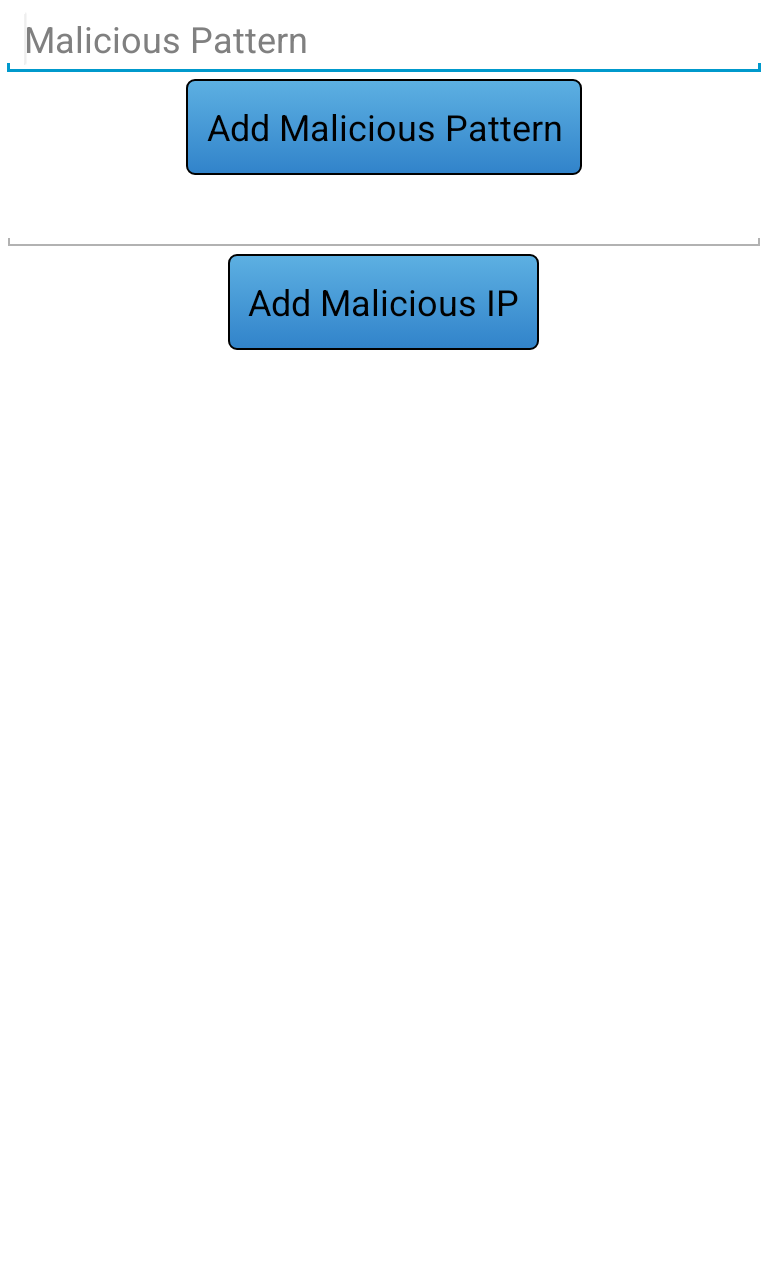
Repository: ArisKots1992/Software-Development
Layout: Anaptiksi Logismikou/Anaptiksi Logismikou/AdminClientApplication/res/layout/forth_tab.xml
The author's editor kept a copy of each file at every save. The layout is drawn from the files as they stood at one save, then again after the next save.
It is drawn on a 768 x 1280 px phone screen (xhdpi) without system bars, with theme AppTheme; the app's code is not run.

Above is the layout before, as saved 2015-01-20 00:04:55.

### Anaptiksi Logismikou/Anaptiksi Logismikou/AdminClientApplication/res/layout/forth_tab.xml
<?xml version="1.0" encoding="utf-8"?>
<LinearLayout xmlns:android="http://schemas.android.com/apk/res/android"
    android:layout_width="match_parent"
    android:layout_height="match_parent"
    android:orientation="vertical"
    android:gravity = "center_horizontal">

    <EditText
        android:id="@+id/editText1"
        android:layout_width="match_parent"
        android:layout_height="wrap_content"
        android:hint="Malicious Pattern"
        android:ems="10" >

        <requestFocus />
    </EditText>

    <Button
        android:id="@+id/button1"
        android:layout_width="wrap_content"
        android:layout_height="wrap_content"
        android:text="Add Malicious Pattern"
         android:background="@drawable/custom_button" />

    <EditText
        android:id="@+id/editText2"
        android:layout_width="match_parent"
        android:layout_height="wrap_content"
        android:ems="10" />

    <Button
        android:id="@+id/button2"
        android:layout_width="wrap_content"
        android:layout_height="wrap_content"
        android:text="Add Malicious IP"
         android:background="@drawable/custom_button" />

</LinearLayout>

### Anaptiksi Logismikou/Anaptiksi Logismikou/AdminClientApplication/res/values/styles.xml
<resources>

    <!--
        Base application theme, dependent on API level. This theme is replaced
        by AppBaseTheme from res/values-vXX/styles.xml on newer devices.
    -->
    <style name="AppBaseTheme" parent="android:Theme.Light">
        <!--
            Theme customizations available in newer API levels can go in
            res/values-vXX/styles.xml, while customizations related to
            backward-compatibility can go here.
        -->
    </style>

    <!-- Application theme. -->
    <style name="AppTheme" parent="AppBaseTheme">
        <!-- All customizations that are NOT specific to a particular API-level can go here. -->
    </style>

    <style name="CustomStyleButton" parent="@android:style/Widget.Button">
		<item name="android:textSize">16sp</item>
 		<item name="android:textStyle">bold</item>
 		<item name="android:textColor">#dedfdc</item>
 		<item name="android:gravity">center</item>
 		<item name="android:shadowColor">#000000</item>
 		<item name="android:shadowDx">1</item>
 		<item name="android:shadowDy">1</item>
 		<item name="android:shadowRadius">0.6</item>
 		<item  name="android:background">@drawable/custom_button</item>
 		<item name="android:padding">10dip</item>
	</style>
</resources>

### Anaptiksi Logismikou/Anaptiksi Logismikou/AdminClientApplication/res/drawable/custom_button.xml
<?xml version="1.0" encoding="utf-8"?>
<selector xmlns:android="http://schemas.android.com/apk/res/android">
 <item android:state_pressed="true" >
  <shape>
  <solid
   android:color="#2678BF" />
  <stroke
   android:width="1dp"
   android:color="#000000" />
  <corners
   android:radius="4dp" />
  <padding
   android:left="10dp"
   android:top="10dp"
   android:right="10dp"
   android:bottom="10dp" />
  </shape>
 </item>
  <item>
  <shape>
  <gradient
   android:startColor="#5DB0E2"
   android:endColor="#3183CA"
   android:angle="270" />
  <stroke
   android:width="1dp"
   android:color="#000000" />
  <corners
   android:radius="4dp" />
  <padding
   android:left="10dp"
   android:top="10dp"
   android:right="10dp"
   android:bottom="10dp" />
 </shape>
 </item>
</selector>

Loaded but not shown: Anaptiksi Logismikou/Anaptiksi Logismikou/AdminClientApplication/res/values-v11/styles.xml (common file); Anaptiksi Logismikou/Anaptiksi Logismikou/AdminClientApplication/res/values-v14/styles.xml (common file)

After the next save:
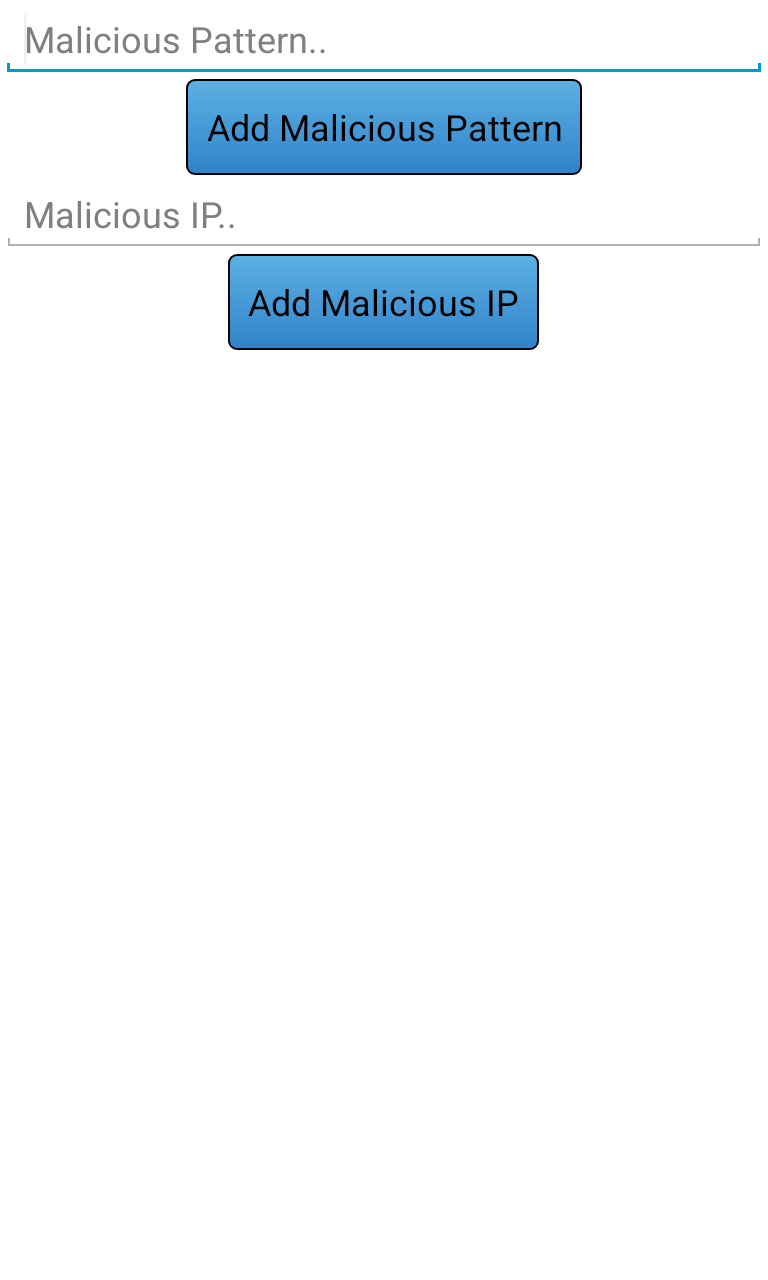
Saved 11 s later.
--- a/Anaptiksi Logismikou/Anaptiksi Logismikou/AdminClientApplication/res/layout/forth_tab.xml
+++ b/Anaptiksi Logismikou/Anaptiksi Logismikou/AdminClientApplication/res/layout/forth_tab.xml
@@ -9,7 +9,7 @@
         android:id="@+id/editText1"
         android:layout_width="match_parent"
         android:layout_height="wrap_content"
-        android:hint="Malicious Pattern"
+        android:hint="Malicious Pattern.."
         android:ems="10" >
 
         <requestFocus />
@@ -26,6 +26,7 @@
         android:id="@+id/editText2"
         android:layout_width="match_parent"
         android:layout_height="wrap_content"
+        android:hint="Malicious IP.."
         android:ems="10" />
 
     <Button
